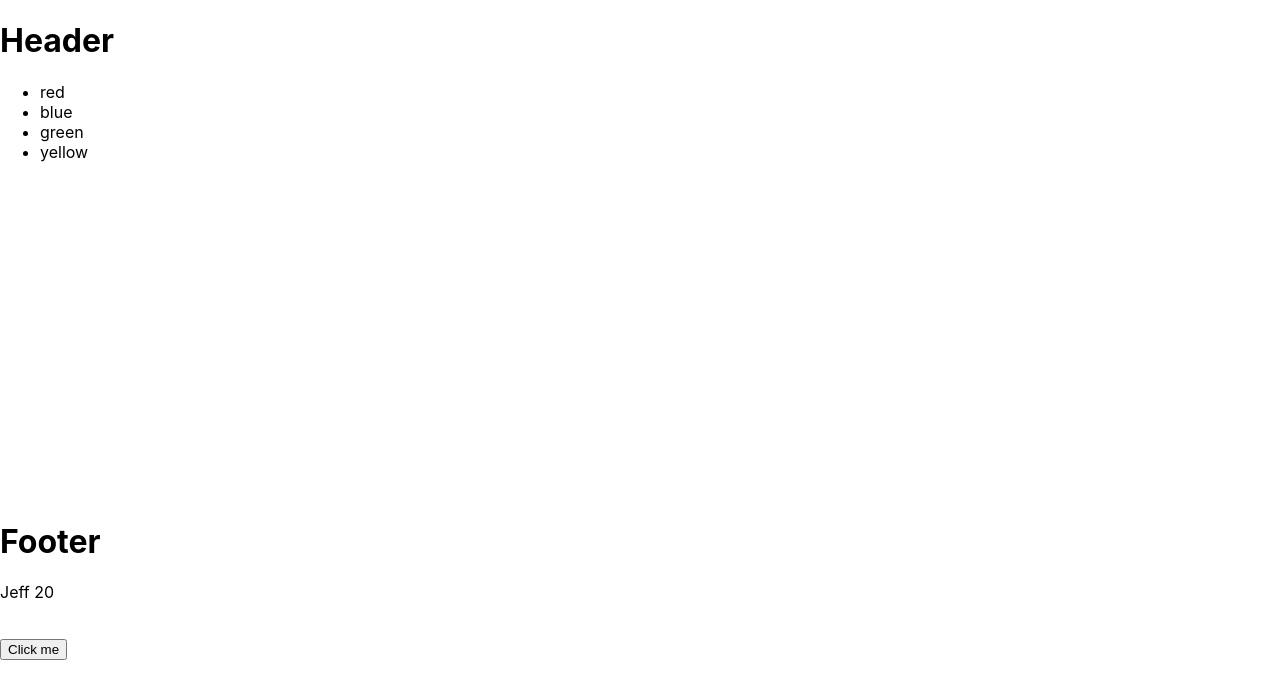
Repository: mhyder1/practice
Page: /
The author's editor kept a copy of each file at every save. The page is drawn from the files as they stood at one save, then again after the next save.
The browser window is 1280 px wide. The pictures show the whole page.
The project was rebuilt for these pictures with package versions that can differ from the ones it lists, and the page was loaded fresh each time.

Above is the page before, as saved 2021-07-21 20:39:40.

### src/App.js
import Header from './Header'
import Footer from './Footer'
import { useState } from 'react'
function App() {
  const [name, setName] = useState('Jeff')
  const [age, setAge] = useState(20)
  const [colors, setColors] = useState(['red', 'blue', 'green', 'yellow'])

  const number = 5
  return (
    <main>
      <Header colors={colors}/>
      <Footer userName={name} age={age} setName={setName}/>
    </main>
  );
}

export default App;

### src/Header.js
function Header(props) {
console.log(props)


    return (
    <>
        <h1>Header</h1>
        <ul>
            {
                props.colors.map(color => (
                    <li>{color}</li>
                ))
            }
        </ul>
    </>
    );
  }

  export default Header;

### src/Footer.js
function Footer({userName, age, setName}) {
    return (
    <>
      <h1 style={{marginTop: '50vh'}}>Footer</h1>
      <p>{userName} {age}</p>
      <br />
      <button>Click me</button>
    </>
    );
  }

  export default Footer;

Loaded but not shown: public/index.html (common file); src/index.js (common file); src/index.css (common file); src/reportWebVitals.js (common file)

After the next save:
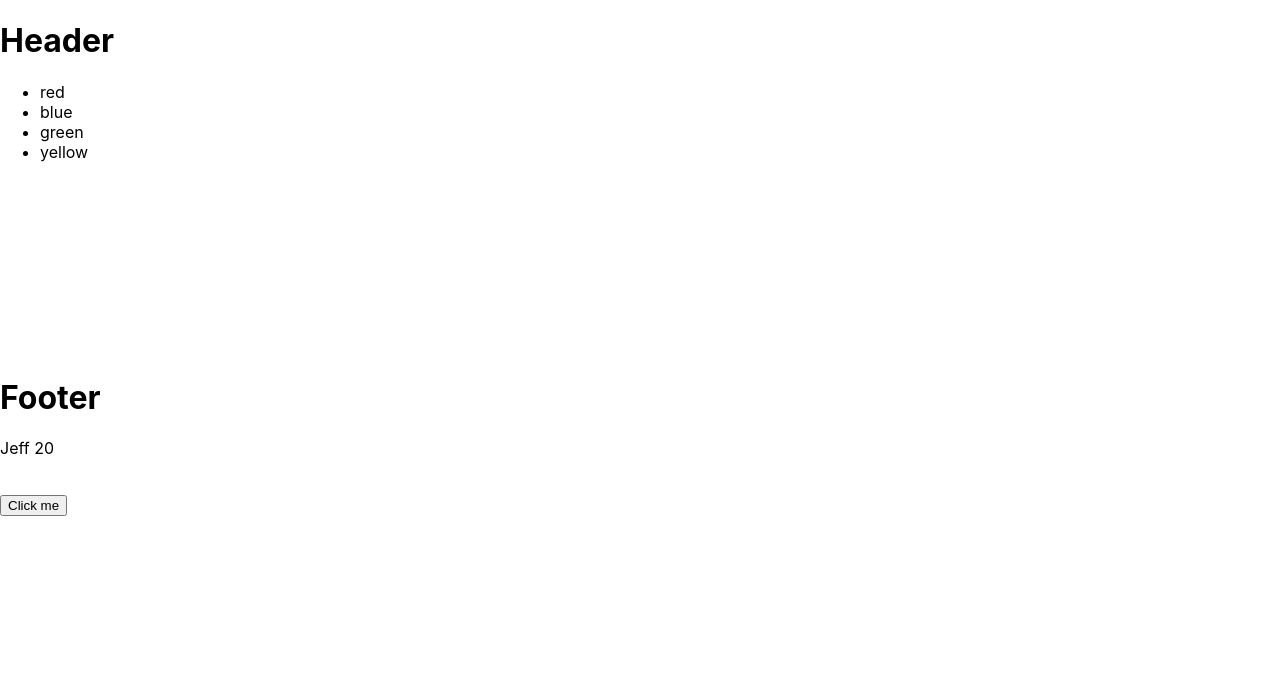
Saved 9 s later.
--- a/src/Footer.js
+++ b/src/Footer.js
@@ -1,7 +1,7 @@
 function Footer({userName, age, setName}) {
     return (
     <>
-      <h1 style={{marginTop: '50vh'}}>Footer</h1>
+      <h1 style={{marginTop: '30vh'}}>Footer</h1>
       <p>{userName} {age}</p>
       <br />
       <button>Click me</button>
